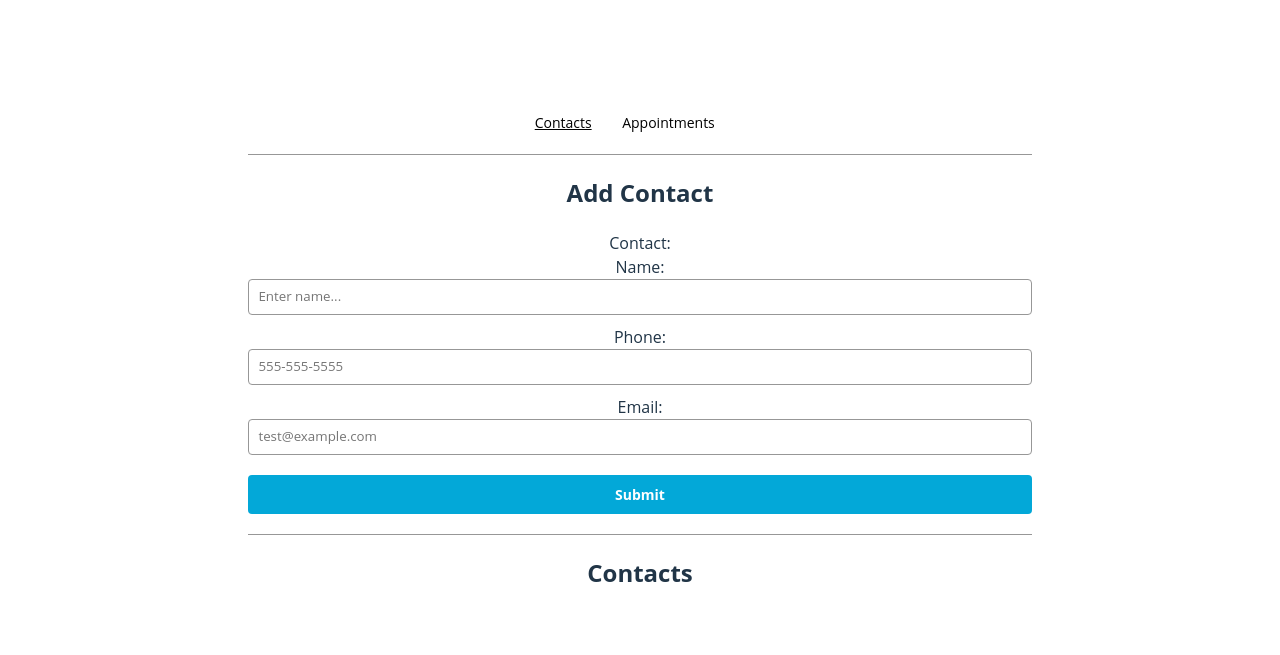
Repository: dnmyers/appointment-planner-v2.0
Page: /
The author's editor kept a copy of each file at every save. The page is drawn from the files as they stood at one save, then again after the next save.
The browser window is 1280 px wide. The pictures show the whole page.
The project was rebuilt for these pictures with package versions that can differ from the ones it lists, and the page was loaded fresh each time. Also part of the build but not shown: vite.config.js, src/components/contactPicker/ContactPicker.jsx, src/components/appointmentForm/AppointmentForm.jsx, src/components/tile/Tile.jsx, src/containers/appointmentsPage/AppointmentsPage.jsx.

Above is the page before, as saved 2023-08-14 03:34:48.

After the next save:
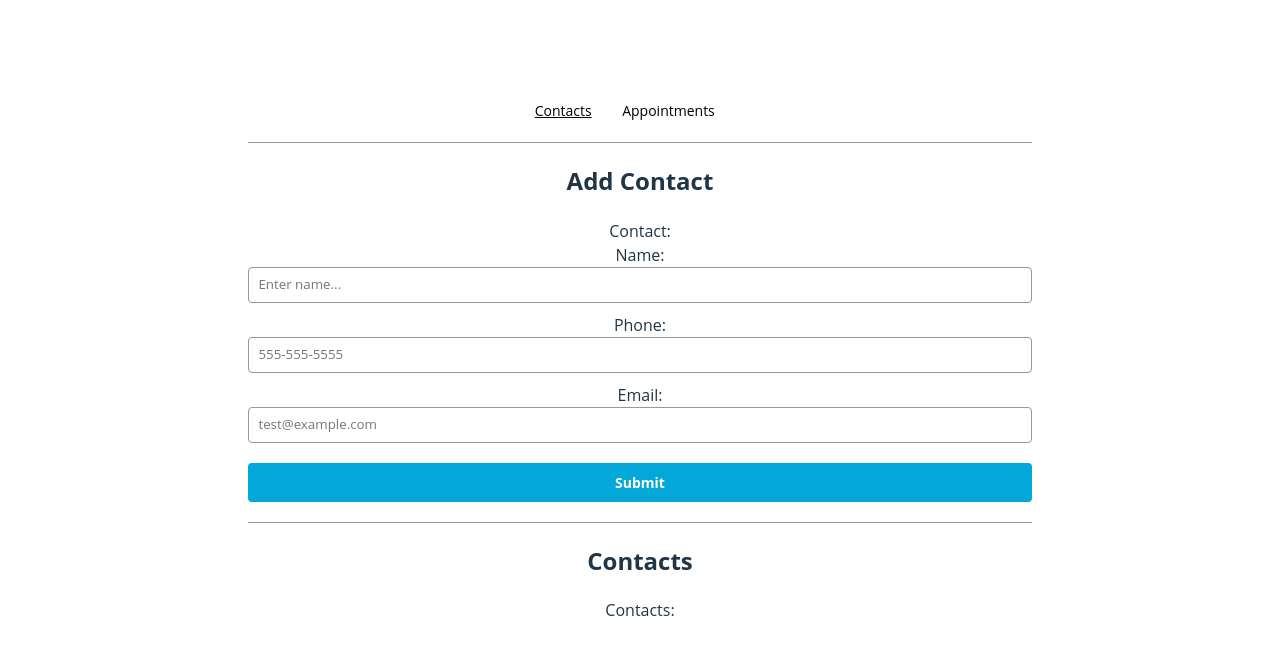
Saved 40 s later.
--- a/src/components/tileList/TileList.jsx
+++ b/src/components/tileList/TileList.jsx
@@ -6,6 +6,7 @@ export const TileList = ({ data }) => {
 
     return (
         <div className="tile-list">
+            <div>Contacts:</div>
             {
                 data &&
                     data.map((object, index) => {
